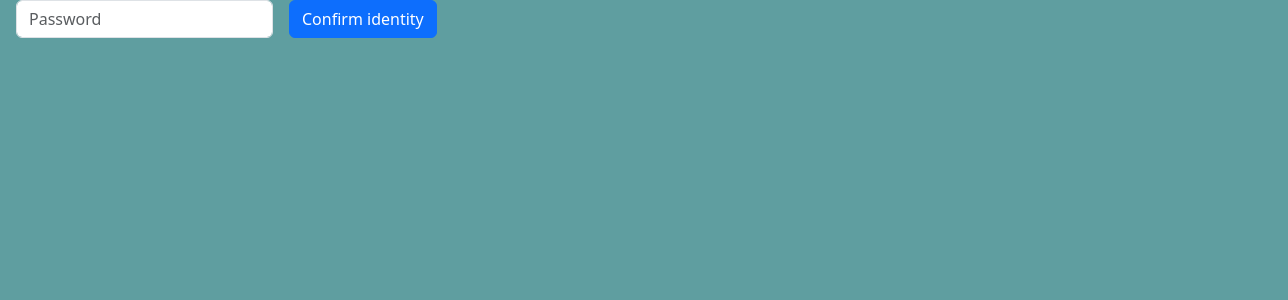
Repository: noahcallen/INDIVIDUAL-PROJECT-sorting-hat
Page: index.html
An editor plug-in stored every save of this project. The page is shown before and after the next save, followed by the edit.
The browser window is 1280 px wide. The page is 1288 px wide, so the pictures cover 1288 px, including what lies to the right of the window. The pictures show the whole page.

Above is the page before, as saved 2024-07-27 10:53:59.

After the next save:
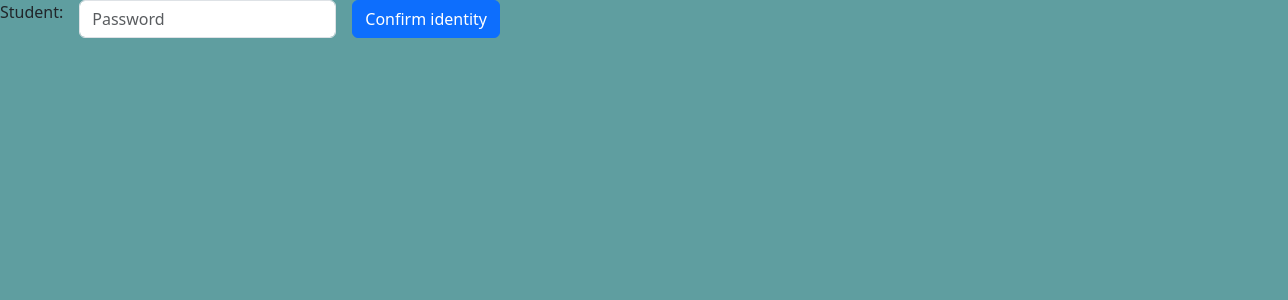
Saved 13 s later.
--- a/index.html
+++ b/index.html
@@ -10,6 +10,7 @@
 <body>
   <form class="row g-3">
     <div class="col-auto">
+      <p>Student:</p>
     </div>
     <div class="col-auto">
       <label for="inputPassword2" class="visually-hidden">Password</label>
